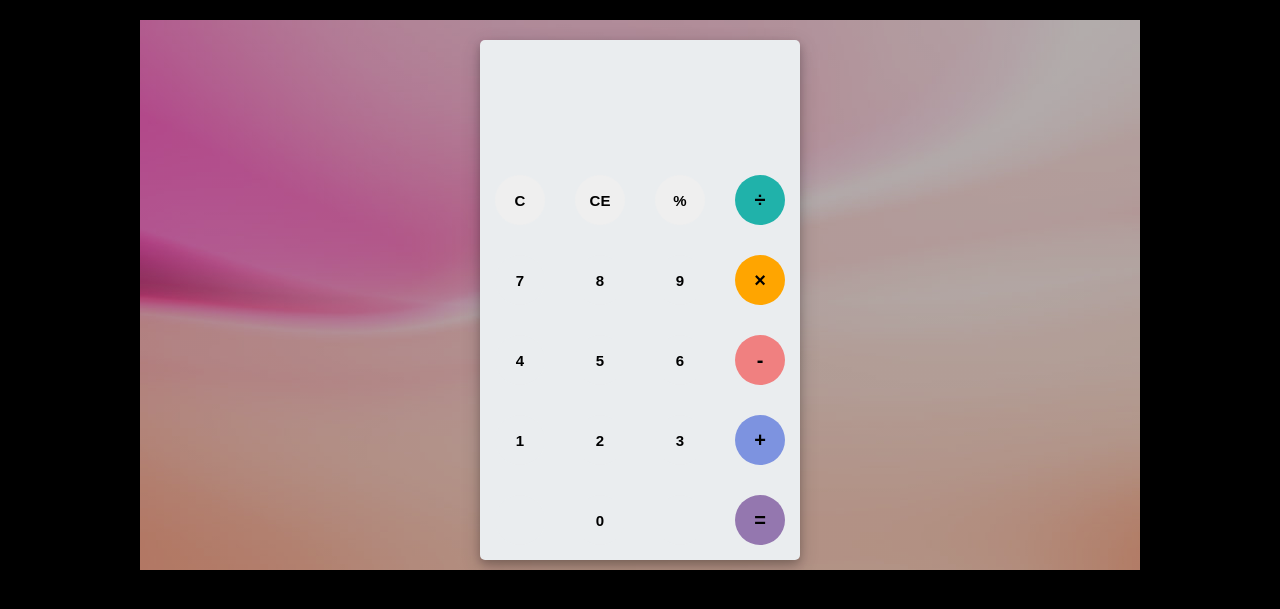
Repository: annabdev/basiccalculator
Page: index.html
These files come from the project's save history. The page is drawn as it stood at one moment and after a run of saves; the edit follows.
The browser window is 1280 px wide. The pictures show the whole page.

Above is the page before, as saved 2020-09-11 21:30:46.

### index.html
<html>
    <head>
        <link rel="stylesheet" type="text/css" href="style.css">
        <link href="https://fonts.googleapis.com/css?family=Open+Sans:600,700" rel="stylesheet">
        <title>A simple calculator</title>
    </head>
    <body>
        <div id="container">
            <div id="calculator">
                <div id="result">
                    <div id="history">
                        <p id="history-value"></p>
                    </div>
                    <div id="output">
                        <p id="output-value"></p>
                    </div>
                </div>
                <div id="keyboard">
                    <button class="operator" id="clear">C</button>
                    <button class="operator" id="backspace">CE</button>
                    <button class="operator" id="%">%</button>
					<button class="operator" id="/">&#247;</button>
					<button class="number" id="7">7</button>
					<button class="number" id="8">8</button>
					<button class="number" id="9">9</button>
					<button class="operator" id="*">&times;</button>
					<button class="number" id="4">4</button>
					<button class="number" id="5">5</button>
					<button class="number" id="6">6</button>
					<button class="operator" id="-">-</button>
					<button class="number" id="1">1</button>
					<button class="number" id="2">2</button>
					<button class="number" id="3">3</button>
					<button class="operator" id="+">+</button>
					<button class="empty" id="empty"></button>
					<button class="number" id="0">0</button>
					<button class="empty" id="empty"></button>
					<button class="operator" id="=">=</button>
                </div>
            </div>
        </div>
        A simple calculator
        <script src="script.js"></script>
    </body>
</html>

### style.css
body{
    font-family: 'Open Sans', sans-serif;
    background-color: black;
}
#container{
    width: 1000px;
    height: 550px;
    background-image: linear-gradient(rgba(0,0,0,0.3),rgba(0,0,0,0.3)), url(bgImg.jpg);
    margin: 20px auto;
}
#calculator{
    width: 320px;
    height: 520px;
    background-color: #eaedef;
    margin: 0 auto;
    top: 20px;
    position: relative;
    border-radius: 5px;
    box-shadow: 0 4px 8px 0 rgba(0, 0, 0, 0.2), 0 6px 20px 0 rgba(0, 0, 0, 0.19);
}
#result{
    height: 120px;
}
#history{
    text-align: right;
    height: 20px;
    margin: 0 20px;
    padding-top: 20px;
    font-size: 15px;
    color: #919191;
}
#output{
    text-align: right;
    height: 60px;
    margin: 10px 20px;
    font-size: 30px;
}
#keyboard{
    height: 400px;
}
.operator, .number, .empty{
    width: 50px;
    height: 50px;
    margin: 15px;
    float: left;
    border-radius: 50%;
    border-width: 0;
    font-weight:bold;
    font-size: 15px;
}
.number, .empty{
    background-color: #eaedef;
}
.number, .operator{
    cursor: pointer;
}
.operator:active, .number:active{
    font-size: 13px;
}
.operator:focus, .number:focus, .empty:focus{
    outline: 0;
}
button:nth-child(4){
	font-size: 20px;
	background-color: #20b2aa;
}
button:nth-child(8){
	font-size: 20px;
	background-color: #ffa500;
}
button:nth-child(12){
	font-size: 20px;
	background-color: #f08080;
}
button:nth-child(16){
	font-size: 20px;
	background-color: #7d93e0;
}
button:nth-child(20){
	font-size: 20px;
	background-color: #9477af;
}

### script.js
function getHistory(){
    return document.getElementById("history-value").innerText;
}

function printHistory(num){
    document.getElementById("history-value").innerText=num;
}

function printOutput(num){
    document.getElementById("output-value")
}

After the next 16 saves:
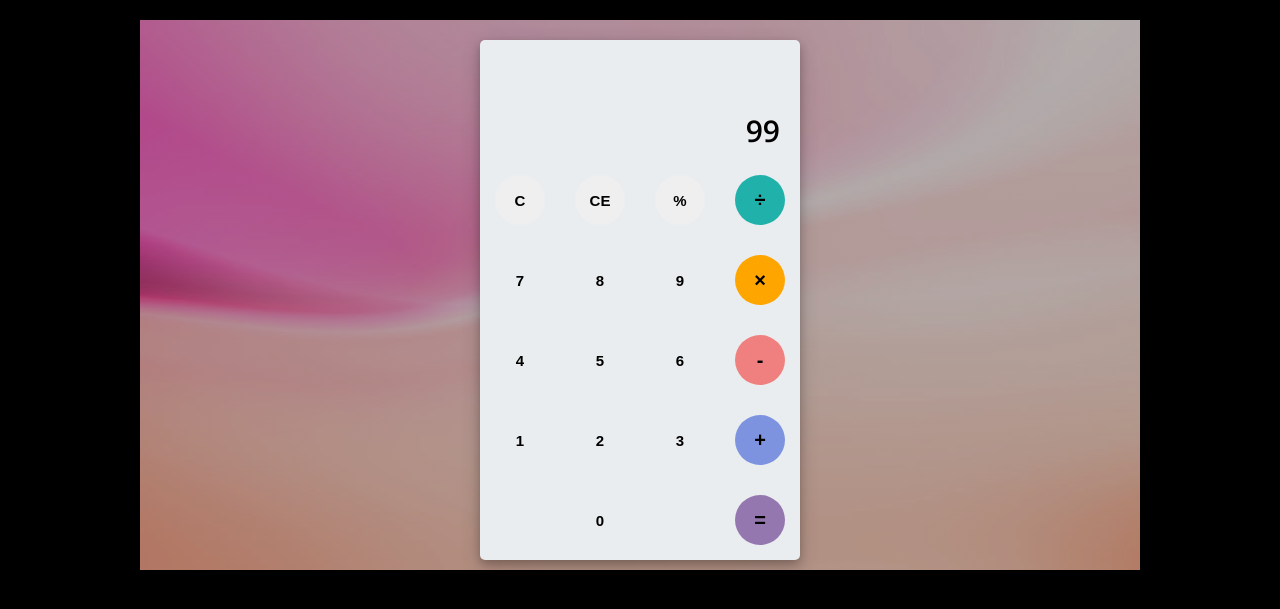
The 16 saves are shown as one change because they came seconds apart.
The last was saved 19 s later.
--- a/script.js
+++ b/script.js
@@ -7,5 +7,6 @@
 }
 
 function printOutput(num){
-    document.getElementById("output-value")
+    document.getElementById("output-value").innerText=num;
 }
+printOutput("99");

After the save that followed:
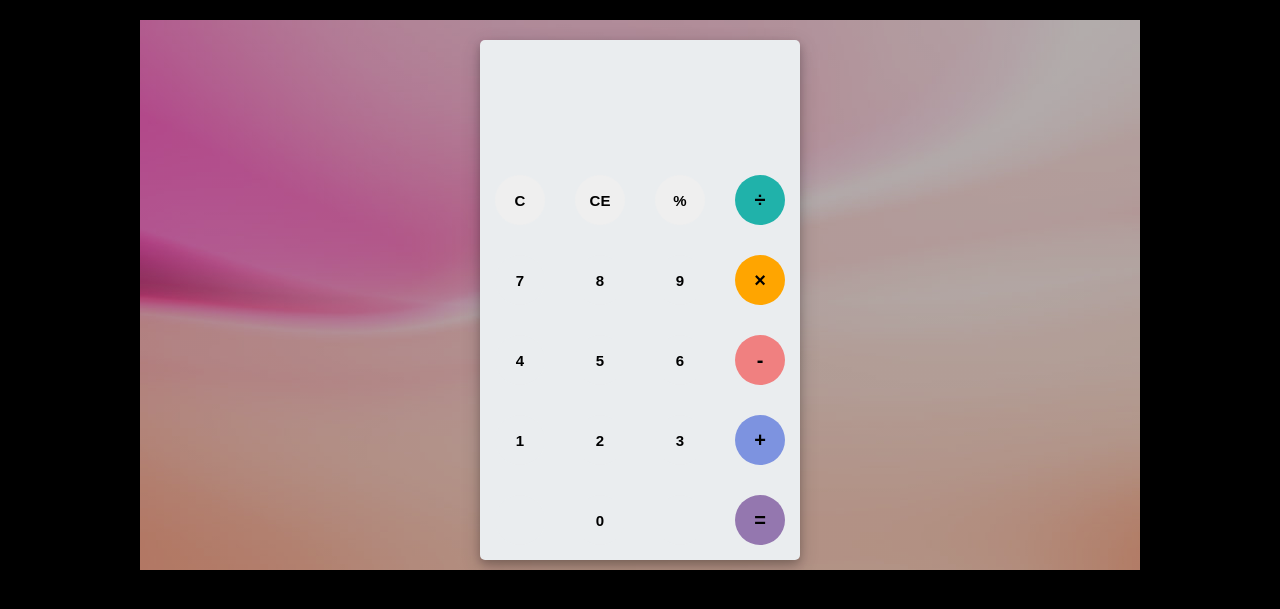
Saved 7 s later.
--- a/script.js
+++ b/script.js
@@ -9,4 +9,3 @@
 function printOutput(num){
     document.getElementById("output-value").innerText=num;
 }
-printOutput("99");
